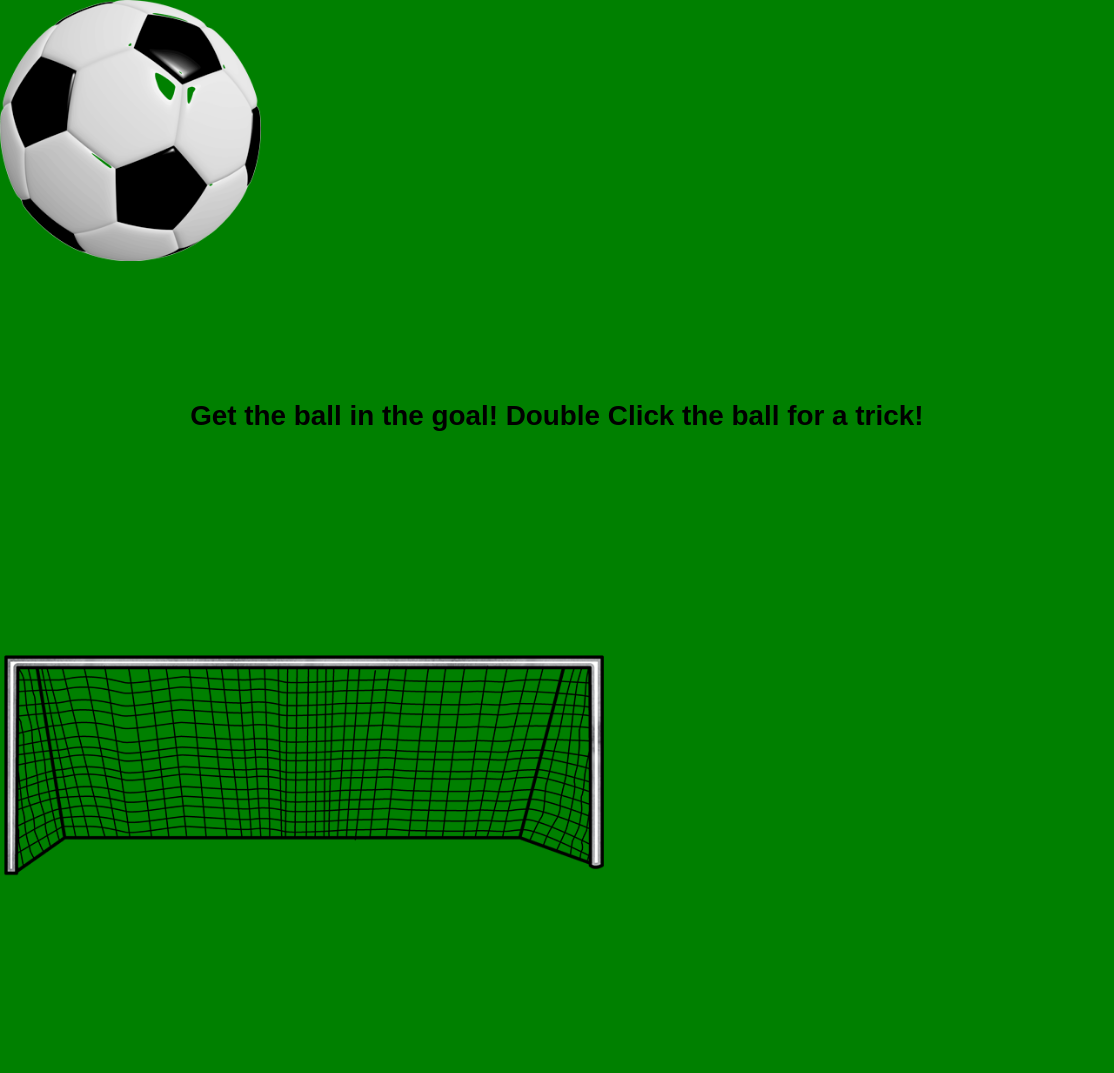
Repository: alexmaddux99/Lab3
Page: mouse-events.html
An editor plug-in stored every save of this project. The page is shown before and after the next save, followed by the edit.
The browser window is 1280 px wide. The pictures show the whole page, at 87% of full size.

Above is the page before, as saved 2022-03-06 17:10:50.

### mouse-events.html
<!DOCTYPE html>
<html lang="en">

<head>
    <meta charset="UTF-8">
    <meta http-equiv="X-UA-Compatible" content="IE=edge">
    <meta name="viewport" content="width=device-width, initial-scale=1.0">
    <title>GOAL!</title>
    <style>
        body {
            background-color: green;
            margin:0;
            height:100vh;
        }

        div {
           height: 300px;
           width: 300px;
            transition: transform 1s;

        }

        p {
            margin-top: 10rem;
            text-align: center;
            font: bold 2rem sans-serif;
        }

        img{
            object-fit: scale-down;
        }


    </style>
</head>

<body>


    <div id="dot" class="ball">
        <img src="/images/soccer.png" alt="Score a Goal!">
    </div>
    <p>Get the ball in the goal! Double Click the ball for a trick!</p>

    <img src="/images/goal.png" alt="GOAL!">


    <script>
        var dot = document.getElementById('dot');
        document.body.addEventListener('click', (e) => {
            console.log("Client: " , e.clientX , e.clientY)
            console.log("Page: " , e.pageX , e.pageY)
            console.log("Screen: " , e.screenX , e.screenY)
            console.log("Event Object: ", e);
            dot.style.transform = `translateY(${e.clientY - 25}px)`;
            dot.style.transform += `translateX(${e.clientX - 25}px)`;
            dot.style.opacity = 1;
        }, false);
    </script>
</body>

</html>

After the next save:
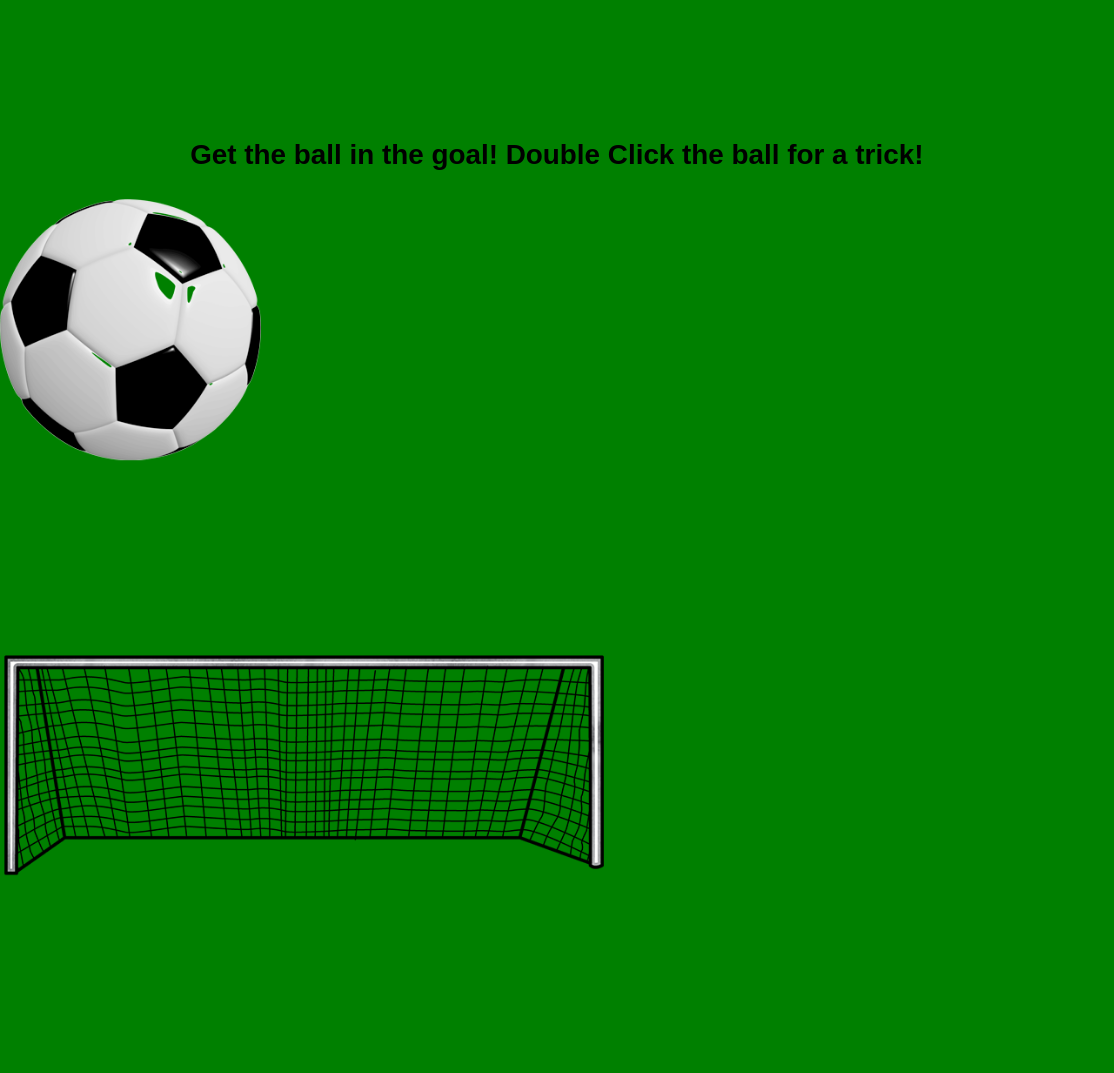
Saved 51 s later.
--- a/mouse-events.html
+++ b/mouse-events.html
@@ -36,11 +36,12 @@
 
 <body>
 
+    <p>Get the ball in the goal! Double Click the ball for a trick!</p>
+
 
     <div id="dot" class="ball">
         <img src="/images/soccer.png" alt="Score a Goal!">
     </div>
-    <p>Get the ball in the goal! Double Click the ball for a trick!</p>
 
     <img src="/images/goal.png" alt="GOAL!">
 
